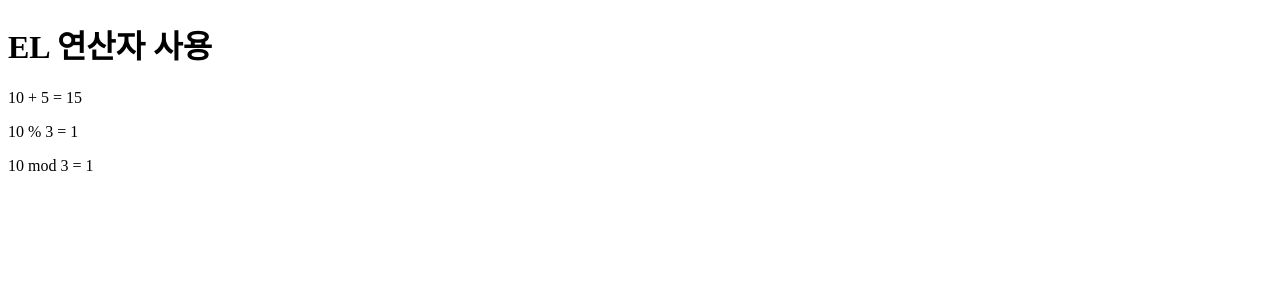
Repository: Kimth520/JSP-study
Page: http://localhost/day03/elTest.jsp
These files come from the project's save history. The page is drawn as it stood at one moment and after the next save; the edit follows.
The browser window is 1280 px wide. The pictures show the whole page.
The page is served by Tomcat 9. Other server files are loaded and not shown.

Above is the page before, as saved 2025-01-14 05:24:46.

### workspace/day03/src/main/webapp/elTest.jsp
<%@ page language="java" contentType="text/html; charset=UTF-8"
    pageEncoding="UTF-8"%>
<!DOCTYPE html>
<html>
<head>
<meta charset="UTF-8">
<title>Insert title here</title>
</head>
<body>
	<h1>EL 연산자 사용</h1>
	<!-- 산술 연산 -->
	<p>10 + 5 = ${10 + 5}</p>
	<p>10 % 3 = ${10 % 3}</p>
	<p>10 mod 3 = ${10 mod 3}</p>

</body>
</html>

After the next save:
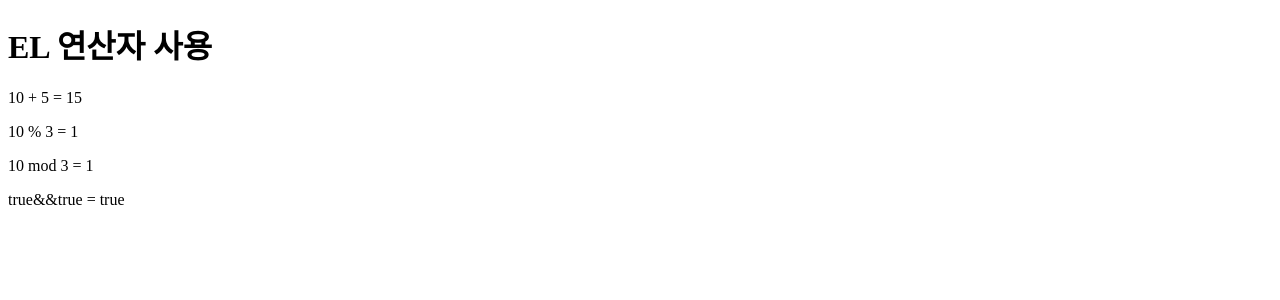
Saved 53 s later.
--- a/workspace/day03/src/main/webapp/elTest.jsp
+++ b/workspace/day03/src/main/webapp/elTest.jsp
@@ -13,5 +13,9 @@
 	<p>10 % 3 = ${10 % 3}</p>
 	<p>10 mod 3 = ${10 mod 3}</p>
 
+	<!--논리 연산 -->
+	<p>true&&true = ${true && true}</p>
+
+
 </body>
 </html>
